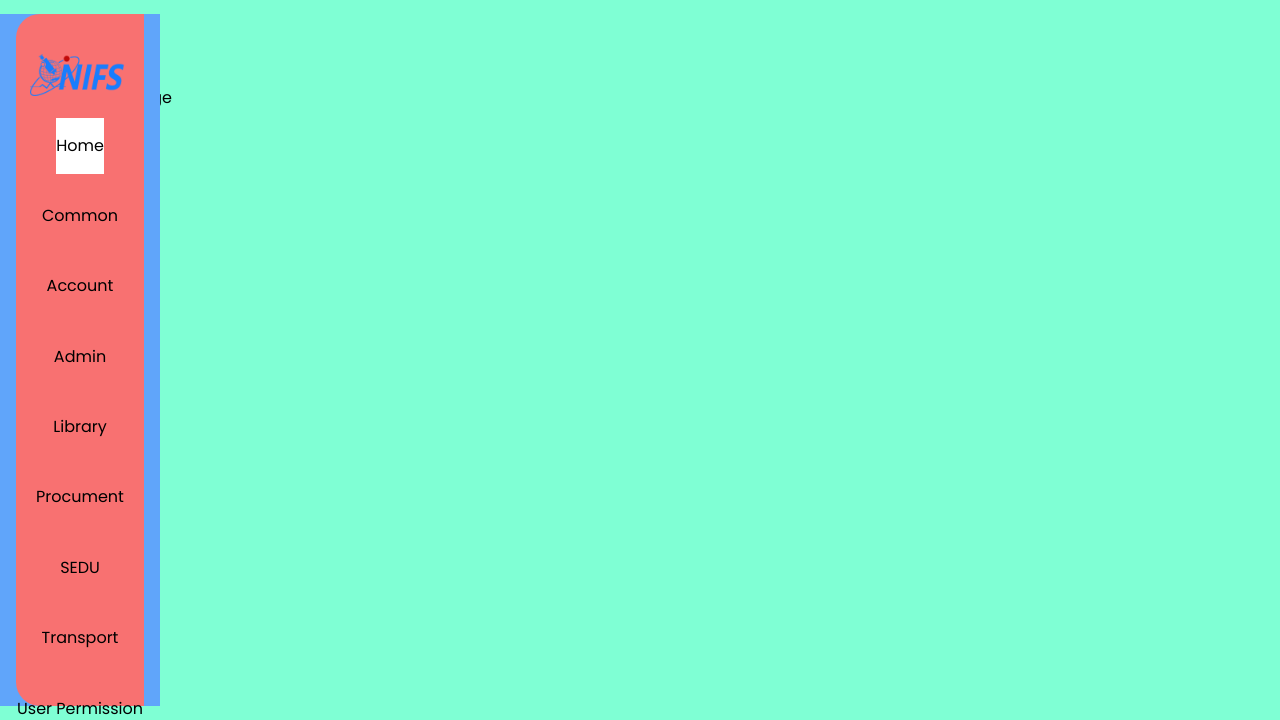
Repository: virangaj/NIFS-WebApp
Page: / (app in client/)
The author's editor kept a copy of each file at every save. The page is drawn from the files as they stood at one save, then again after the next save.
The browser window is 1280 px wide. The pictures show the whole page.
The project was rebuilt for these pictures with package versions that can differ from the ones it lists, and the page was loaded fresh each time. Also part of the build but not shown: client/src/pages/Login.tsx, client/src/components/Transport/shared/TransportNavbar.js, client/src/pages/TransportMainPage.tsx, client/src/pages/CommonMainPage.tsx, client/src/pages/AccountMainPage.tsx, client/src/pages/AdminMainPage.tsx, client/src/pages/LibraryMainPage.js, client/src/pages/ProcumentMainPage.js and 15 more.

Above is the page before, as saved 2022-07-30 22:34:16.

After the next save:
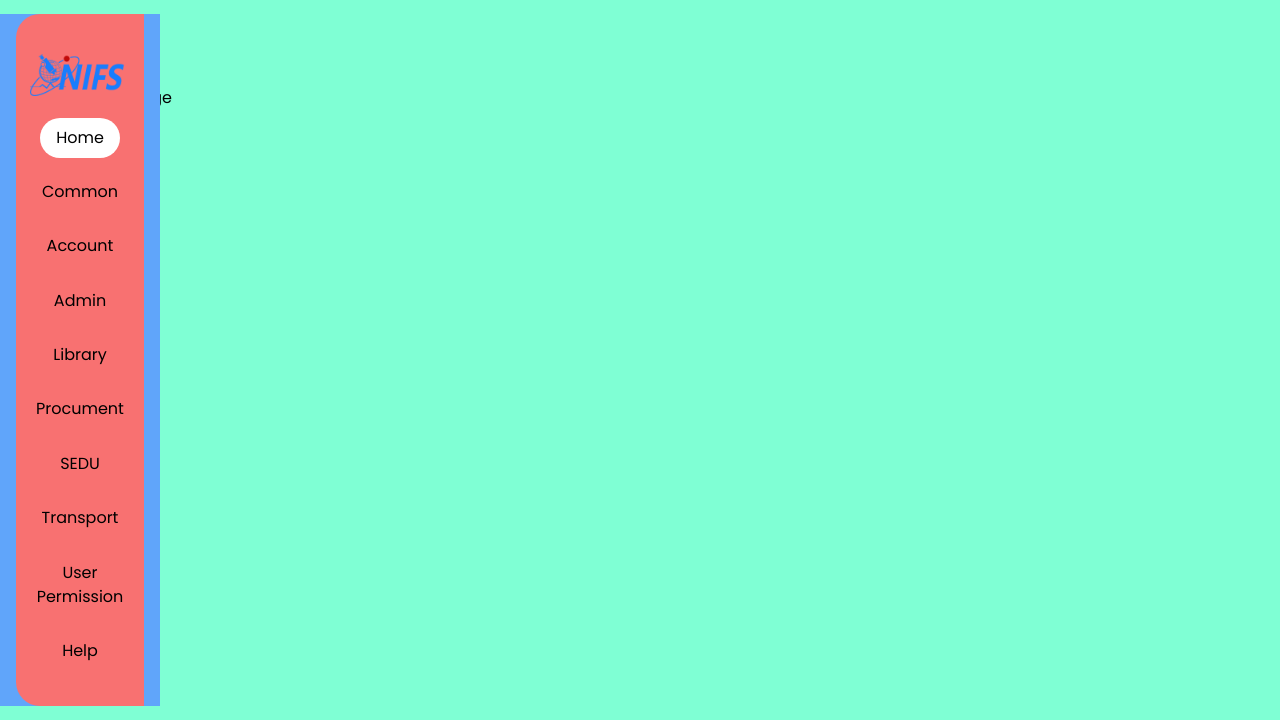
Saved 29 s later.
--- a/client/src/components/shared/VerticalMainNavbar.tsx
+++ b/client/src/components/shared/VerticalMainNavbar.tsx
@@ -18,13 +18,13 @@ function VerticalMainNavbar() {
                 {Pages.map((page, index) => (
                     location.pathname.split('/')[1] === page.link.split('/')[1] ?
                         <Link to={page.link} style={{ textDecoration: 'none' }} key={index}>
-                            <button className='bg-white my-[1vh] py-4 '>
+                            <button className='bg-white my-[1vh] px-4 py-2 rounded-full '>
                                 {page.title}
                             </button>
                         </Link>
                         :
                         <Link to={page.link} style={{ textDecoration: 'none' }} key={index}>
-                            <button className='my-[1vh] py-4'>
+                            <button className='my-[1vh] px-4 py-2 rounded-full'>
 
                                 {page.title}
                             </button>
